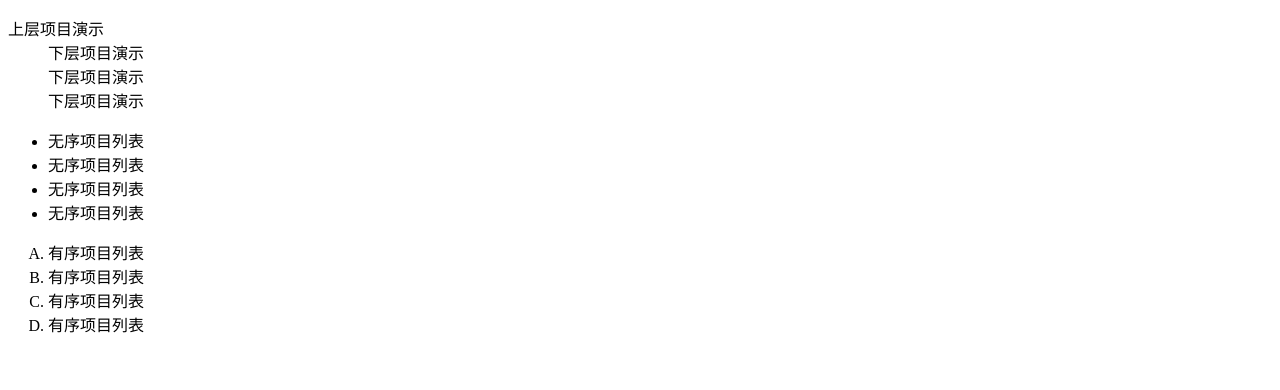
Repository: tangchengjingwen/javaLearningCode
Page: javaLearningCode/day29_html/list.html
These files come from the project's save history. The page is drawn as it stood at one moment and after the next save; the edit follows.
The browser window is 1280 px wide. The pictures show the whole page.

Above is the page before, as saved 2012-05-13 04:09:17.

### javaLearningCode/day29_html/list.html
<!DOCTYPE HTML PUBLIC "-//W3C//DTD HTML 4.01//EN" "http://www.w3.org/TR/html4/strict.dtd">
<html>
	<head>
		<meta http-equiv="Content-Type" content="text/html; charset=gbk">
		<title>Untitled Document</title>
	</head>
	<body>

		<!--
			列表标签：dl 定义列表的范围。
			分两部分：
				上层项目：dt
				下层项目：dd	该标签具备着缩进效果。

		-->

		<dl>
			<dt>上层项目演示</dt>
			<dd>下层项目演示</dd>
			<dd>下层项目演示</dd>
			<dd>下层项目演示</dd>
		</dl>

		<!--
		带符号的项目列表。
		有序：
			ol
		无序：
			ul

		这两个列表中的具体条目都是用 li 标签封装。

		该项目列表标签带缩进。
		-->

		<ul>
			<li>无序项目列表</li>
			<li>无序项目列表</li>
			<li>无序项目列表</li>
			<li>无序项目列表</li>
		</ul>

		<ol type="A">
			<li>有序项目列表</li>
			<li>有序项目列表</li>
			<li>有序项目列表</li>
			<li>有序项目列表</li>
		</ol>


	</body>
</html>

After the next save:
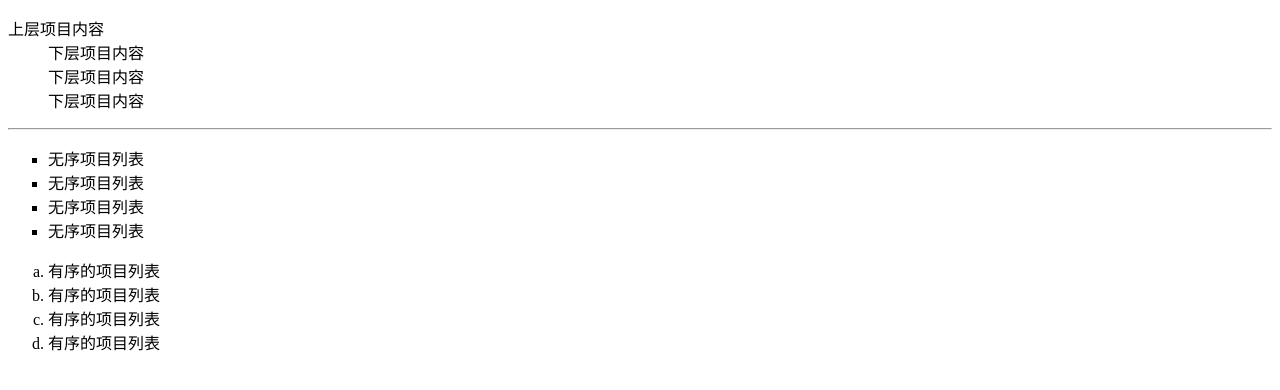
Saved 119 min 47 s later.
--- a/javaLearningCode/day29_html/list.html
+++ b/javaLearningCode/day29_html/list.html
@@ -1,52 +1,47 @@
 <!DOCTYPE HTML PUBLIC "-//W3C//DTD HTML 4.01//EN" "http://www.w3.org/TR/html4/strict.dtd">
 <html>
 	<head>
-		<meta http-equiv="Content-Type" content="text/html; charset=gbk">
+		<meta http-equiv="Content-Type" content="text/html; charset=GBK">
 		<title>Untitled Document</title>
 	</head>
 	<body>
 
-		<!--
-			列表标签：dl 定义列表的范围。
-			分两部分：
-				上层项目：dt
-				下层项目：dd	该标签具备着缩进效果。
+		<!--HTML注释：演示列表标签。
+
+		列表标签：dl
+
+		上层项目：dt
+		下层项目：dd : 封装的内容是会被缩进的。 有自动缩进效果。
+		-->
+		<dl>
+			<dt>上层项目内容</dt>
+			<dd>下层项目内容</dd>
+			<dd>下层项目内容</dd>
+			<dd>下层项目内容</dd>
+		</dl>
+
+		<hr/>
+		<!--有序和无序的项目列表
+
+		有序：<ol>
+		无序：<ul>
+		无论有序和无序，条目的封装用的都是<li>
+		而且它们都有缩进效果。
 
 		-->
-
-		<dl>
-			<dt>上层项目演示</dt>
-			<dd>下层项目演示</dd>
-			<dd>下层项目演示</dd>
-			<dd>下层项目演示</dd>
-		</dl>
-
-		<!--
-		带符号的项目列表。
-		有序：
-			ol
-		无序：
-			ul
-
-		这两个列表中的具体条目都是用 li 标签封装。
-
-		该项目列表标签带缩进。
-		-->
-
-		<ul>
+		<ul type="square">
 			<li>无序项目列表</li>
 			<li>无序项目列表</li>
 			<li>无序项目列表</li>
 			<li>无序项目列表</li>
 		</ul>
 
-		<ol type="A">
-			<li>有序项目列表</li>
-			<li>有序项目列表</li>
-			<li>有序项目列表</li>
-			<li>有序项目列表</li>
+		<ol type="a">
+			<li>有序的项目列表</li>
+			<li>有序的项目列表</li>
+			<li>有序的项目列表</li>
+			<li>有序的项目列表</li>
 		</ol>
-
 
 	</body>
 </html>
